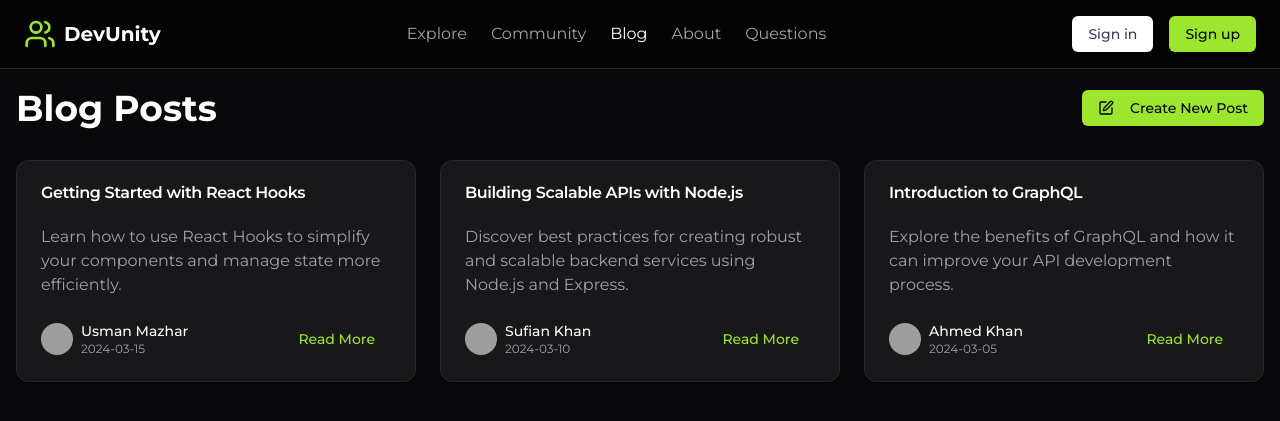
Repository: asadullah48/asadullahshafique_devunity
Page: /blogs
These files come from the project's save history. The page is drawn as it stood at one moment and after the next save; the edit follows.
The browser window is 1280 px wide. The pictures show the whole page.
Pictures or frames that could not be fetched are drawn as grey boxes. The project was rebuilt for these pictures with package versions that can differ from the ones it lists, and the page was loaded fresh each time. The framework's server and built-in components were replaced by stand-ins that run in the browser. Also part of the build but not shown: next.config.js, next.config.ts.

Above is the page before, as saved 2024-11-10 10:26:08.

After the next save:
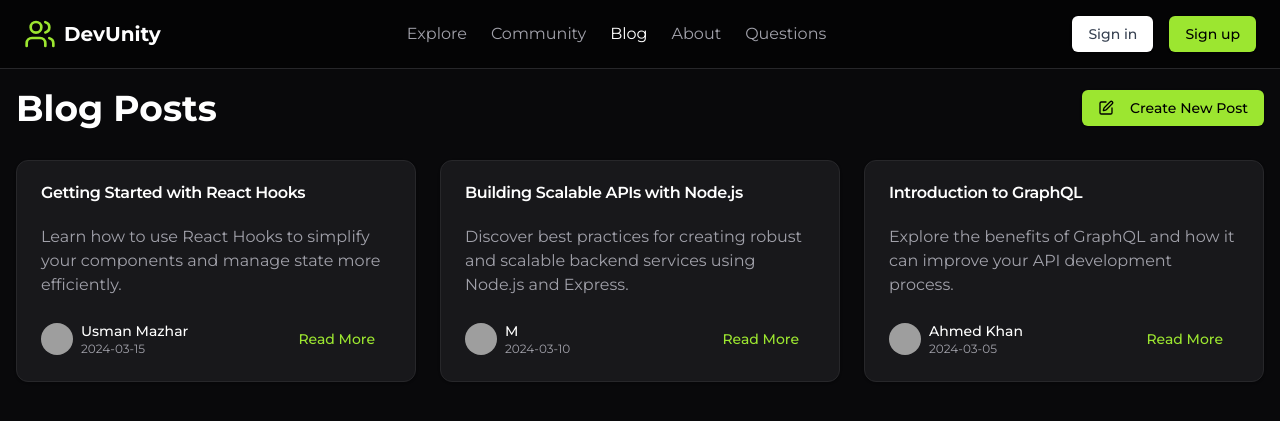
Saved 8 s later.
--- a/src/app/blogs/page.tsx
+++ b/src/app/blogs/page.tsx
@@ -24,7 +24,7 @@ export default function BlogPage() {
       title: "Building Scalable APIs with Node.js",
       excerpt:
         "Discover best practices for creating robust and scalable backend services using Node.js and Express.",
-      author: "Sufian Khan",
+      author: "M",
       date: "2024-03-10",
       avatar: "/placeholder.svg?height=50&width=50",
     },
